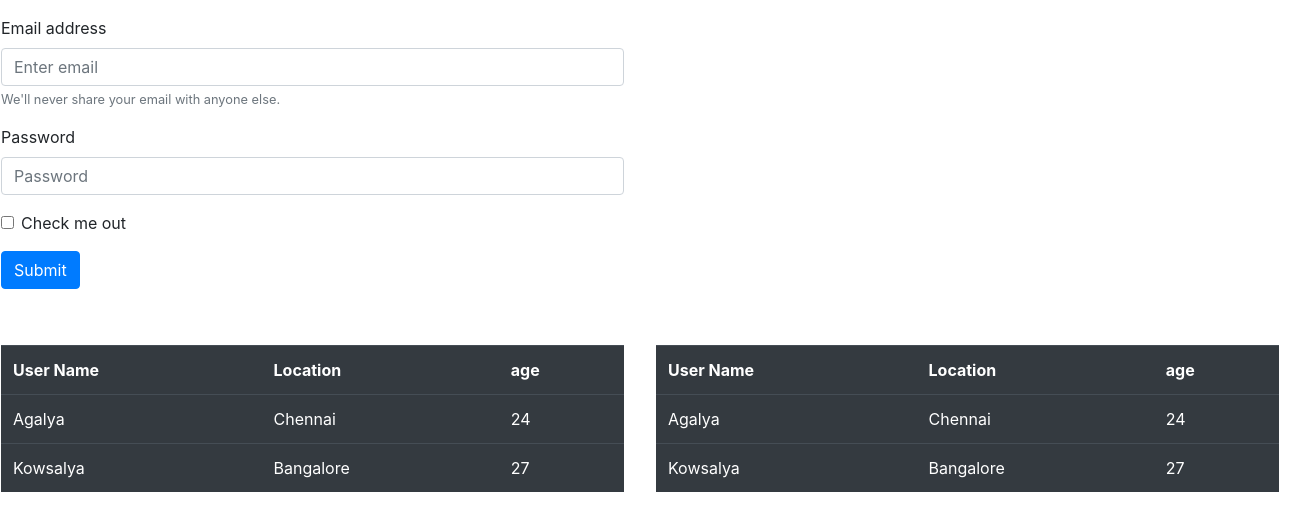
Repository: rajeshkannane/java1
Page: Form/public/index.html
These files come from the project's save history. The page is drawn as it stood at one moment and after the next save; the edit follows.
The browser window is 1280 px wide. The page is 1295 px wide, so the pictures cover 1295 px, including what lies to the right of the window. The pictures show the whole page.

Above is the page before, as saved 2022-11-14 16:52:35.

After the next save:
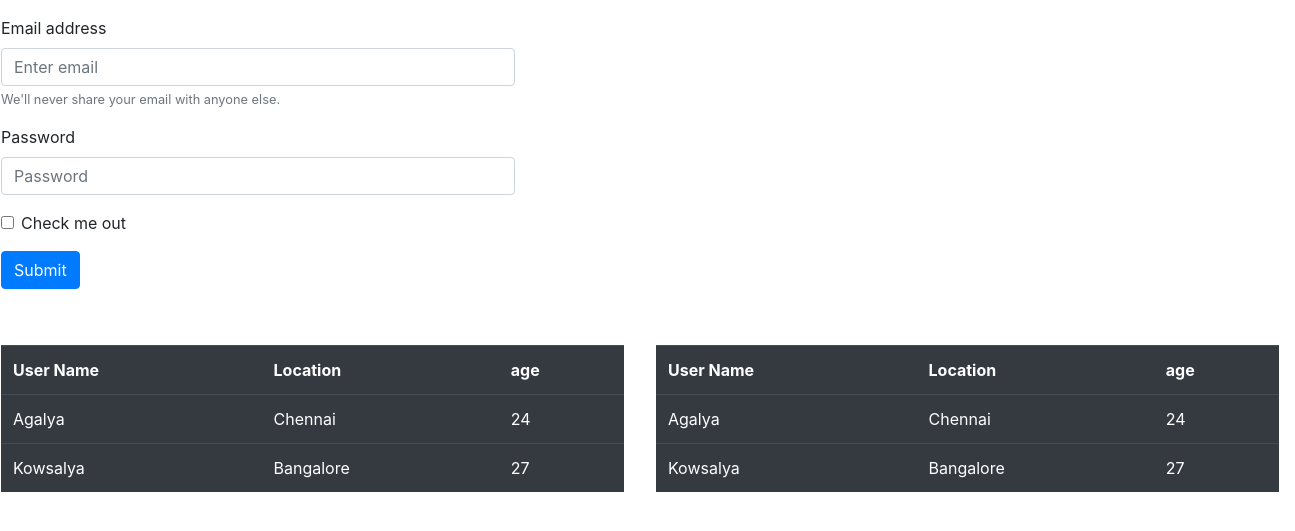
Saved 82 s later.
--- a/Form/public/index.html
+++ b/Form/public/index.html
@@ -9,7 +9,7 @@
 
 <body>
 <div class="row">
-<div class="col-sm-6 p-3">
+<div class="col-sm-5 p-3">
 <form>
   <div class="form-group">
     <label for="exampleInputEmail1">Email address</label>
